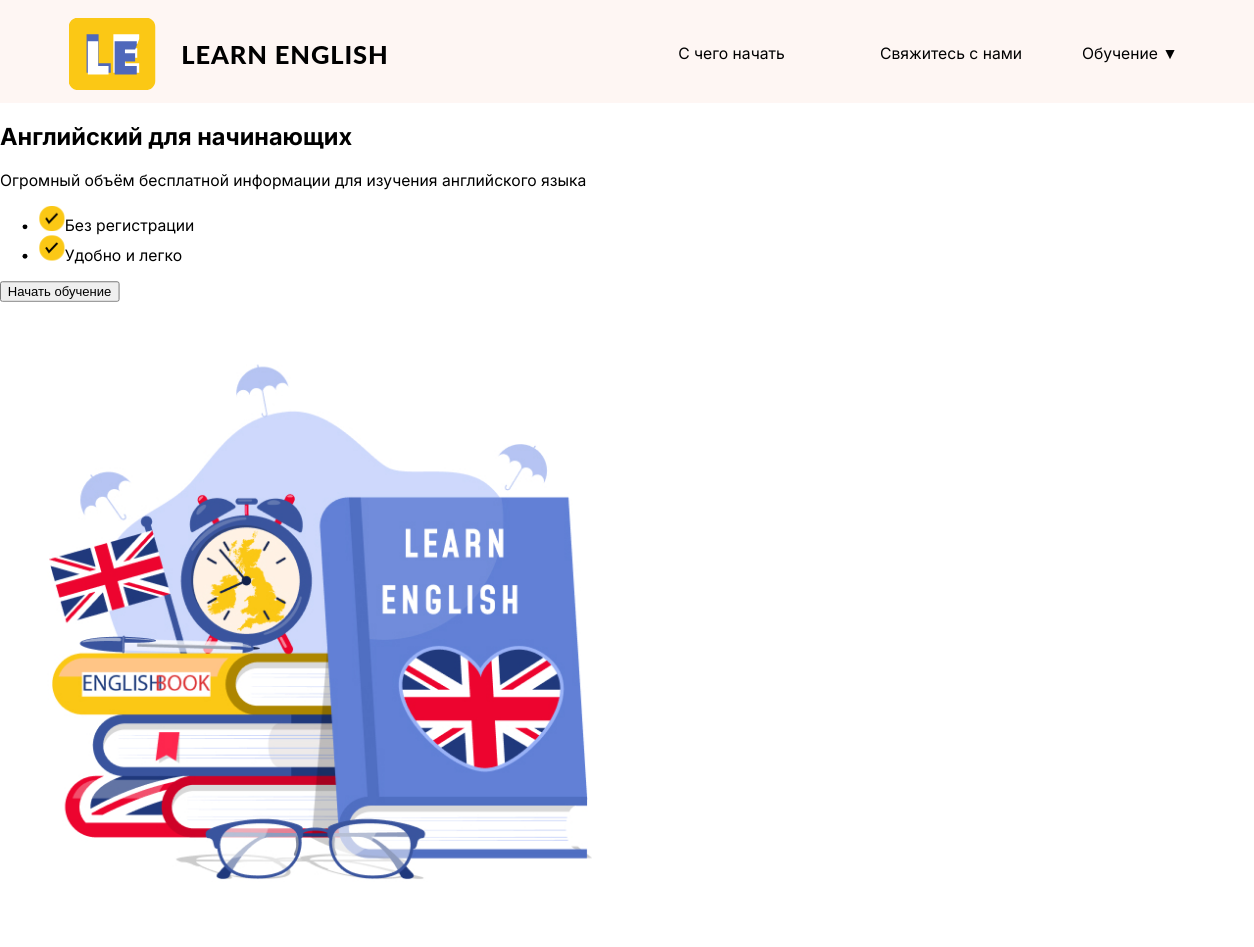
Repository: WladimirVA/Diplom
Page: scool/index.html
The author's editor kept a copy of each file at every save. The page is drawn from the files as they stood at one save, then again after the next save.
The browser window is 1280 px wide. The pictures show the whole page, at 98% of full size.

Above is the page before, as saved 2023-07-06 17:34:12.

### scool/index.html
<!DOCTYPE html>
<html lang="en">
<head>
    <meta charset="UTF-8">
    <meta name="viewport" content="width=device-width, initial-scale=1.0">
    <link href="./css/index.css" rel="stylesheet" type="text/css">
    <link href="../static/css/fonts.css" rel="stylesheet" type="text/css">
    <title>Learn english</title>
</head>
<body>
    <header class="header" di="HOME">
        <div class="section">
            <div class="section-header">
                <div class="logo">
                    <img src="./img/Vector.svg">
                    <p>Learn english</p>
                </div>
                <div>

                    <ul class="ddropdownn">
                        <li class="ddropdownn-top">
                        <a class="ddropdownn-top" href="#">С чего начать</a>
                        </li>
                        <li class="ddropdownn-top">
                            <a class="ddropdownn-top" href="#">Свяжитесь с нами</a>
                        </li>
                        <li class="ddropdownn-top">
                        <a class="ddropdownn-top" href="#">Обучение &#9660;</a>
                            <ul class="ddropdownn-inside">
                                <li><a href="/">Карточки-слова</a></li>
                                <li><a href="/">Самоучитель</a></li>
                                <li><a href="/">Видео</a></li>
                                <li><a href="/">Тестирование</a></li>
                                <li><a href="/">Картинки</a></li>
                            </ul>
                        </li>

                    </ul>

                    <!-- <ul class="header-nav">
                        <li><a class="link" href="#ADVAN_TEST">С чего начать</a></li>
                        <li><a class="link" href="#LANGUAGE_LEVELS">Обучение &#9660;</a></li>
                        <li><a class="link" href="mailto:Vorobeyenglish@ya.ru">Свяжитесь с нами</a></li>
                         <li><a class="link" href="#">О проекте</a></li>
                    </ul> -->
                </div>
            </div>
        </div>
    </header>
    <main>
        <section class="BEGINNES">
            <div class="section">
                <div class="content">
                    <div class="beginners-inf">
                        <h1>Английский для начинающих</h1>
                        <p>Огромный объём бесплатной информации для изучения английского языка</p>
                        <div>
                            <ul class="home_ul">
                                <li class="home_li"><img class="check" src="./img/Иконка _Галочка_ 3.svg">Без регистрации</li>
                                <li class="home_li"><img class="check" src="./img/Иконка _Галочка_ 3.svg">Удобно и легко</li>
                            </ul>
                        </div>
                        <div class="buttonsHome">
                            <form action="#" method="post">
                                <button class="button_home">Начать обучение</button>
                            </form>
                        </div>
                    </div>
                    <div class="beginners-img">
                        <img src="./img/BACKGROUND.jpg" alt="">
                    </div>
                </div>
            </div>
        </section>
    </main>

</body>
</html>

### scool/css/index.css
body {
    scroll-behavior: smooth;
    align-items: center;
    width: 100%;
    max-width: 1366px;
    margin: auto;
    font-family: 'Inter', 'Work Sans', "NunitoSans-Light", Arial, Helvetica, sans-serif;
}

.logo {
    display: flex;
    align-items: center;
}

.logo p {
    font-family: Lato;
    font-size: 26px;
    font-weight: 800;
    line-height: 48px;
    letter-spacing: 0.035em;
    text-align: left;
    text-transform: uppercase;
    padding-left: 1em;
}

/* .link {
    font-family: Inter;
    font-size: 16px;
    font-weight: 500;
    line-height: 20px;
    letter-spacing: 0em;
    padding-right: 60px;
    text-decoration: none;
    color: #000000;


}

.header-nav {
    display: flex;
    list-style-type: none;
    padding-top: 20px;
} */
/* Стили выпадающего списка */
ul.ddropdownn li {/* Считаем координаты относительно исходного места. */
    position: relative; }
ul.ddropdownn, ul.ddropdownn-inside {
    /* Отступы на нуле. */
    padding: 0;
    /* Маркеры уберем. */
    list-style-type: none;
    }
ul.ddropdownn-inside {
    /* Спрячем дочерние элементы выпадающего списка. */
    left: -9999px;
    position: absolute;
    }
ul.ddropdownn li.ddropdownn-top {
    /* Небольшой отступ. */
    margin: 20px 1px 0 0;
    /* Выравнивание по левой стороне. */
    float: left;
    display: inline;
    }
ul.ddropdownn li.ddropdownn-top a {
    /* Делаю элементы блочными. */
    display: block;
    /* Снова отступы. */
    padding: 3px 30px 4px;
    text-decoration: none;
    color: black;
    font-family: Inter;
    width: 145px;
    }
/* ul.ddropdownn a.ddropdownn-top {/* Цвет фона. */ background: #FEF6F3; } */
ul.ddropdownn a.ddropdownn-top:hover {/* Отступы. */ padding: 13px 20px 4px; }
ul.ddropdownn li.ddropdownn-top:hover .ddropdownn-inside {
    left: 0;
    /* Делаю элементы блочными. */
    display: block;
    }
ul.ddropdownn .ddropdownn-inside {/* Цвет фона. */ background: #FEF6F3; }
ul.ddropdownn .ddropdownn-inside a:hover {/* Цвет фона изменится при наведении. */
    background: #FEF6F3; }


@media screen and (max-width: 745px) {
    .header-nav {
        display: block;
        padding-top: 0px;
    }
}


.section-header {
    display: flex;
    justify-content: space-between;
    background-color: #FEF6F3;
    padding: 5px 0px 0 70px;

}

.content-beginners {
    display: flex;
}

### static/css/fonts.css
/* @import url('https://fonts.googleapis.com/css2?family=Work+Sans:ital,wght@0,600;0,800;1,800&display=swap'); */


/* @import url('https://fonts.googleapis.com/css2?family=Inter:wght@400;500;600;700;800&family=Work+Sans:ital,wght@0,600;0,800;1,800&display=swap'); */


@import url('https://fonts.googleapis.com/css2?family=Inter:wght@100;200;300;400;500;600;700;800;900&display=swap');

@import url('https://fonts.googleapis.com/css2?family=Inter:wght@100;200;300;400;500;600;700;800;900&family=Work+Sans:ital,wght@0,100;0,200;0,300;0,400;0,500;0,600;0,700;0,800;0,900;1,100;1,200;1,300;1,400;1,500;1,600;1,700;1,800;1,900&display=swap');

After the next save:
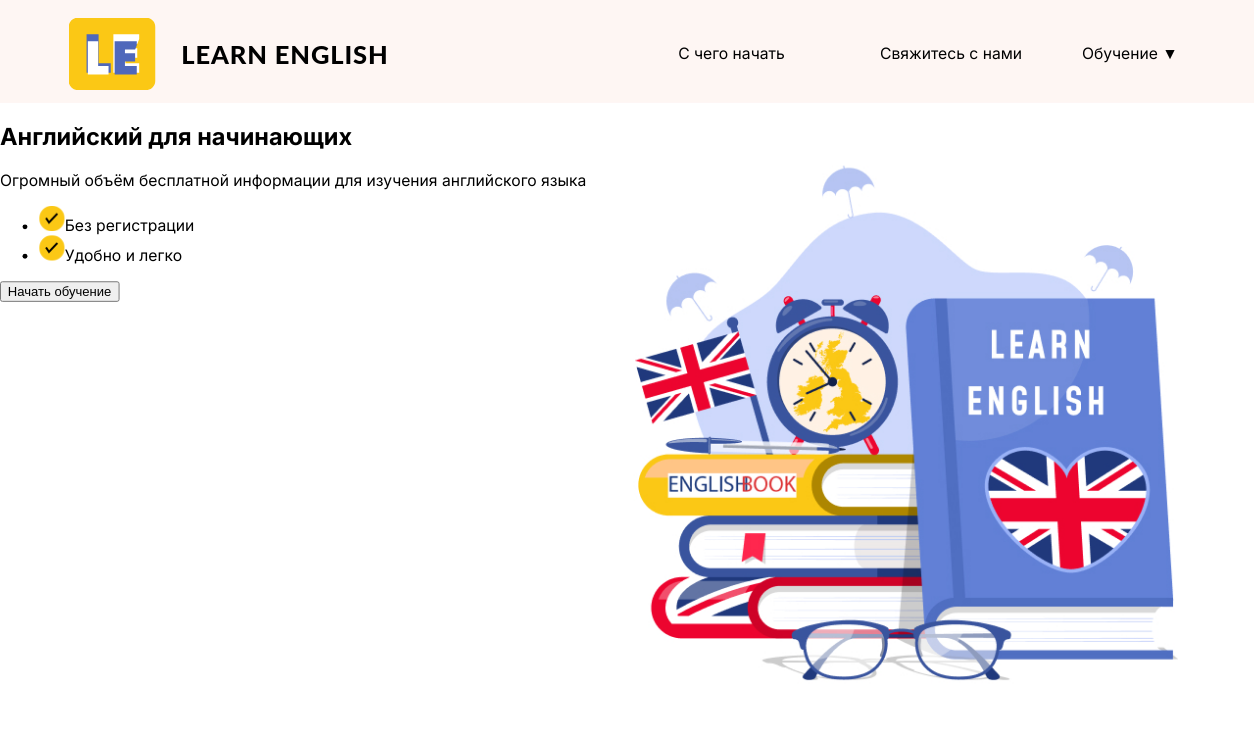
Saved 1 s later.
--- a/scool/index.html
+++ b/scool/index.html
@@ -50,7 +50,7 @@
     <main>
         <section class="BEGINNES">
             <div class="section">
-                <div class="content">
+                <div class="content-beginners">
                     <div class="beginners-inf">
                         <h1>Английский для начинающих</h1>
                         <p>Огромный объём бесплатной информации для изучения английского языка</p>
